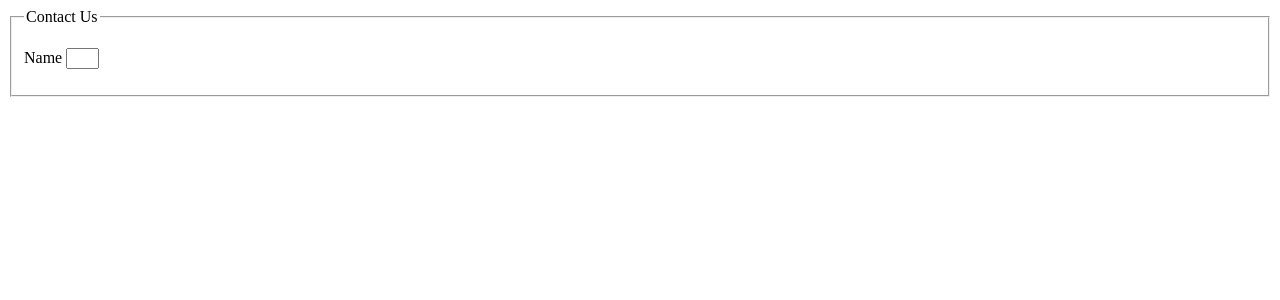
Repository: samuraijane/dc-builders
Page: week6/1-tuesday/homework/exercise2/index.html
The author's editor kept a copy of each file at every save. The page is drawn from the files as they stood at one save, then again after a run of saves.
The browser window is 1280 px wide. The pictures show the whole page.

Above is the page before, as saved 2020-08-13 17:24:30.

After the next 2 saves:
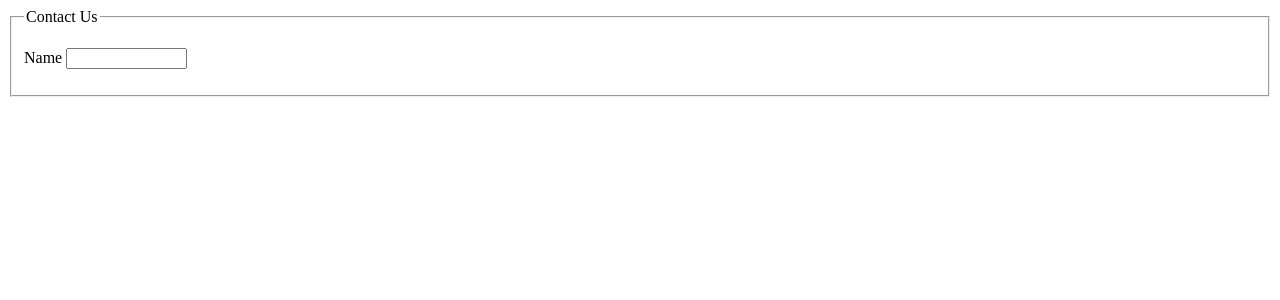
The 2 saves are shown as one change because they came seconds apart.
The last was saved 7 s later.
--- a/week6/1-tuesday/homework/exercise2/index.html
+++ b/week6/1-tuesday/homework/exercise2/index.html
@@ -15,7 +15,7 @@
       <p>
         <label for="name"> Name </label>
         <input type="text" id="name" name="name" required
-                minlength="4" maxlength="10" size="1"
+                minlength="4" maxlength="10" size="12">
       </p>
 
 
